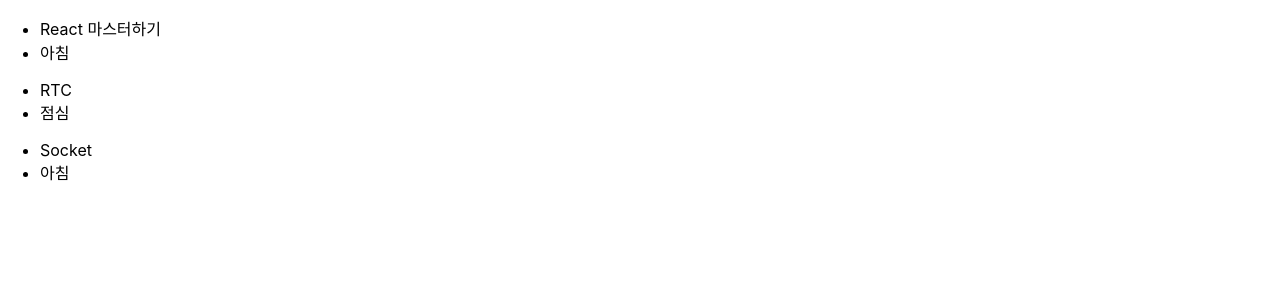
Repository: 0gunkim/REACT-TODO-PRAC
Page: / (app in todo/)
An editor plug-in stored every save of this project. The page is shown before and after the next save, followed by the edit.
The browser window is 1280 px wide. The pictures show the whole page.
The project was rebuilt for these pictures with package versions that can differ from the ones it lists, and the page was loaded fresh each time.

Above is the page before, as saved 2023-01-03 22:24:54.

After the next save:
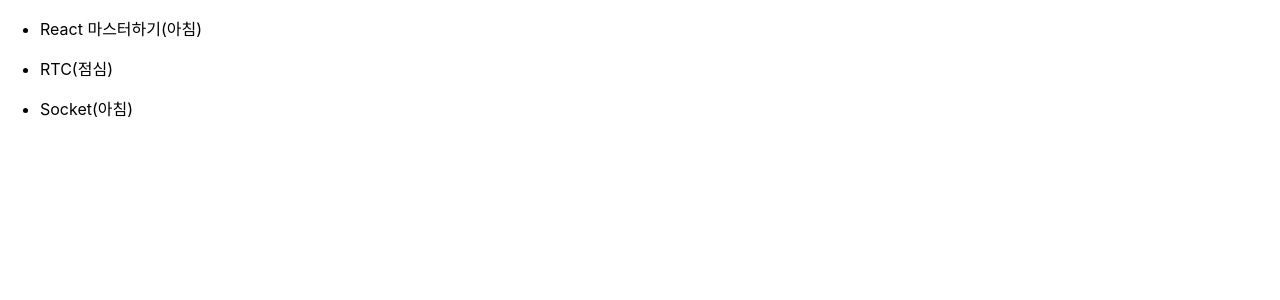
Saved 28 s later.
--- a/todo/src/pages/TodoList.jsx
+++ b/todo/src/pages/TodoList.jsx
@@ -9,8 +9,8 @@
                 return(
                 <div key={list.id}>
                     <ul>
-                        <li>{list.title}</li>
-                        <li>{list.time}</li>
+                        <li>{list.title}({list.time})</li>
+
                     </ul>
                 </div>
 
